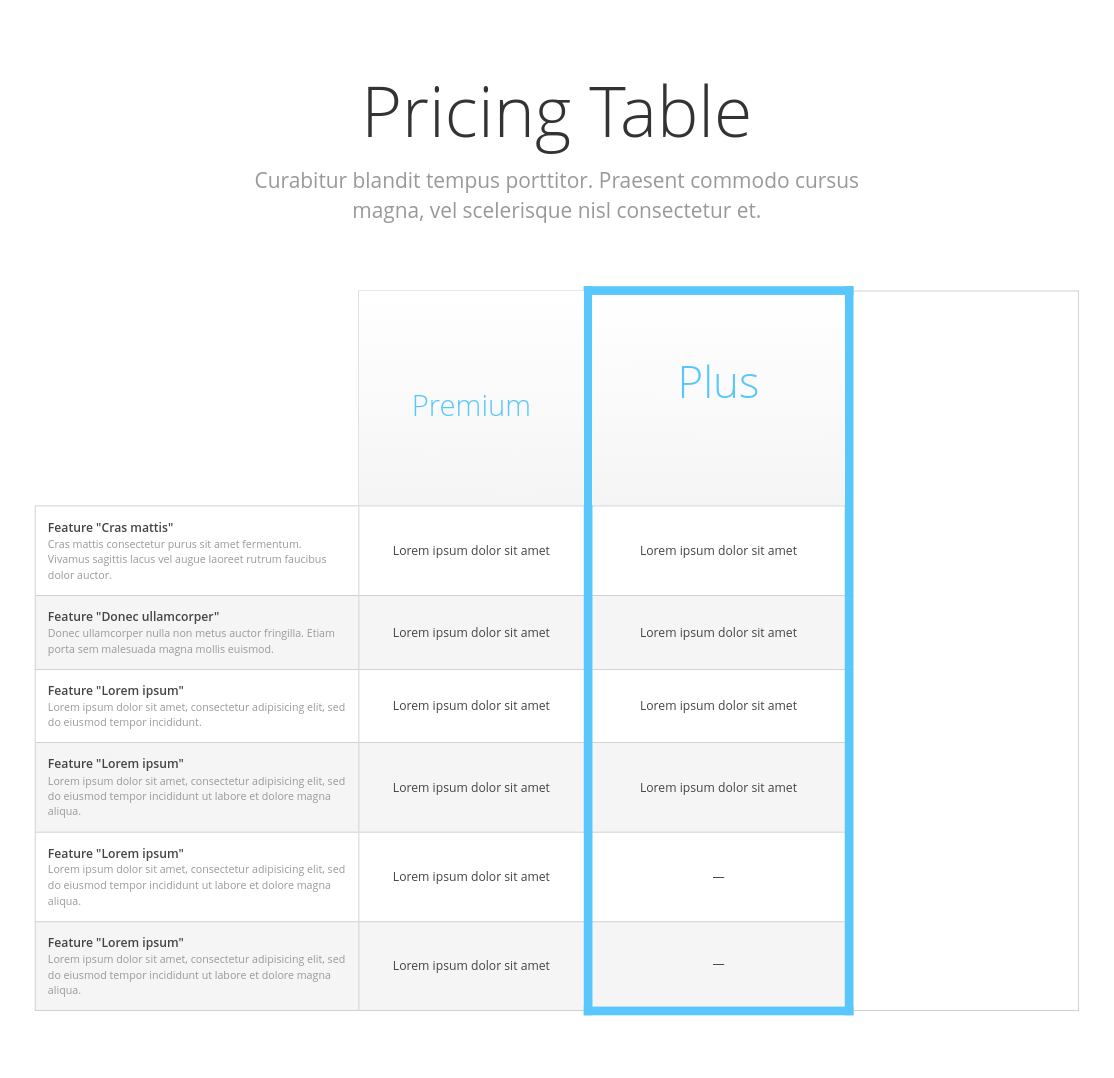
Repository: darlino/gotyu_shopify_section
Page: gotyu_table210223/index.html
These files come from the project's save history. The page is drawn as it stood at one moment and after the next save; the edit follows.
The browser window is 1280 px wide. The pictures show the whole page, at 87% of full size.

Above is the page before, as saved 2023-02-21 12:37:24.

### gotyu_table210223/index.html
<!DOCTYPE html>
<html lang="en">
  <head>
    <meta charset="UTF-8" />
    <meta http-equiv="X-UA-Compatible" content="IE=edge" />
    <meta name="viewport" content="width=device-width, initial-scale=1.0" />
    <title>Document</title>
    <link rel="stylesheet" href="style.css" />
    <link rel="preconnect" href="https://fonts.googleapis.com" />
    <link rel="preconnect" href="https://fonts.gstatic.com" crossorigin />
    <link
      href="https://fonts.googleapis.com/css2?family=Montserrat&display=swap"
      rel="stylesheet"
    />
  </head>
  <body>
    <h1>Pricing Table</h1>
    <p>
      Curabitur blandit tempus porttitor. Praesent commodo cursus magna, vel
      scelerisque nisl consectetur et.
    </p>
    <table>
      <colgroup></colgroup>
      <colgroup></colgroup>
      <colgroup></colgroup>
      <colgroup></colgroup>

      <thead>
        <tr>
          <th>&nbsp;</th>
          <th>
            <h2>Premium</h2>
          </th>
          <th>
            <h2>Plus</h2>
          </th>
        </tr>
      </thead>

      <tbody>
        <tr>
          <th>
            Feature "Cras mattis"
            <span
              >Cras mattis consectetur purus sit amet fermentum. Vivamus
              sagittis lacus vel augue laoreet rutrum faucibus dolor
              auctor.</span
            >
          </th>
          <td>Lorem ipsum dolor sit amet</td>
          <td>Lorem ipsum dolor sit amet</td>
        </tr>
        <tr>
          <th>
            Feature "Donec ullamcorper"
            <span
              >Donec ullamcorper nulla non metus auctor fringilla. Etiam porta
              sem malesuada magna mollis euismod.</span
            >
          </th>
          <td>Lorem ipsum dolor sit amet</td>
          <td>Lorem ipsum dolor sit amet</td>
        </tr>
        <tr>
          <th>
            Feature "Lorem ipsum"
            <span
              >Lorem ipsum dolor sit amet, consectetur adipisicing elit, sed do
              eiusmod tempor incididunt.</span
            >
          </th>
          <td>Lorem ipsum dolor sit amet</td>
          <td>Lorem ipsum dolor sit amet</td>
        </tr>
        <tr>
          <th>
            Feature "Lorem ipsum"
            <span
              >Lorem ipsum dolor sit amet, consectetur adipisicing elit, sed do
              eiusmod tempor incididunt ut labore et dolore magna aliqua.</span
            >
          </th>
          <td>Lorem ipsum dolor sit amet</td>
          <td>Lorem ipsum dolor sit amet</td>
        </tr>
        <tr>
          <th>
            Feature "Lorem ipsum"
            <span
              >Lorem ipsum dolor sit amet, consectetur adipisicing elit, sed do
              eiusmod tempor incididunt ut labore et dolore magna aliqua.</span
            >
          </th>
          <td>Lorem ipsum dolor sit amet</td>
          <td>&mdash;</td>
        </tr>
        <tr>
          <th>
            Feature "Lorem ipsum"
            <span
              >Lorem ipsum dolor sit amet, consectetur adipisicing elit, sed do
              eiusmod tempor incididunt ut labore et dolore magna aliqua.</span
            >
          </th>
          <td>Lorem ipsum dolor sit amet</td>
          <td>&mdash;</td>
        </tr>
      </tbody>
    </table>
  </body>
</html>

### gotyu_table210223/style.css
body {
  background: #fff;
  font: 400 1em/1.4 "Open Sans", "Helvetica Neue", sans-serif;
  color: #333;
  text-align: center;
  padding: 4em 2em;
}

h1 {
  font-weight: 300;
  font-size: 5em;
  line-height: 1.35;
  margin: 0 0 0.125em;
}
h1 + p {
  font-size: 1.5em;
  color: #999;
  max-width: 30em;
  margin: 0 auto 3em;
}

table {
  width: 100%;
  text-align: left;
  border-spacing: 0;
  border-collapse: collapse;
  -webkit-box-sizing: border-box;
  -moz-box-sizing: border-box;
  box-sizing: border-box;
}

th,
td {
  font-family: inherit;
  font-size: 0.875em;
  line-height: 1.45;
  color: #444;
  vertical-align: middle;
  padding: 1em;
}
th {
  font-weight: 600;
}

colgroup:nth-child(1) {
  width: 31%;
  border: 0 none;
}
colgroup:nth-child(2) {
  width: 22%;
  border: 1px solid #ccc;
}
colgroup:nth-child(3) {
  width: 25%;
  border: 10px solid #59c7fb;
}
colgroup:nth-child(4) {
  width: 22%;
  border: 1px solid #ccc;
}

/* Tablehead */

thead th {
  background: #def4fe;
  background: -moz-linear-gradient(top, #ffffff 0%, #f5f5f5 100%);
  background: -webkit-linear-gradient(top, #ffffff 0%, #f5f5f5 100%);
  background: -o-linear-gradient(top, #ffffff 0%, #f5f5f5 100%);
  background: -ms-linear-gradient(top, #ffffff 0%, #f5f5f5 100%);
  background: linear-gradient(to bottom, #ffffff 0%, #f5f5f5 100%);
  text-align: center;
  position: relative;
  border-bottom: 1px solid #ccc;
  padding: 3em 0 2em;
  font-weight: 400;
  color: #999;
}
thead th:nth-child(1) {
  background: transparent;
}
thead th:nth-child(3) {
  padding: 2em 0 5em;
}
thead th h2 {
  font-weight: 300;
  font-size: 2.4em;
  line-height: 1.2;
  color: #59c7fb;
}
thead th h2 + p {
  font-size: 1.25em;
  line-height: 1.4;
}
thead th:nth-child(3) h2 {
  font-size: 3.6em;
}
thead th:nth-child(3) h2 + p {
  font-size: 1.5em;
}

thead th p.promo {
  font-size: 1em;
  color: #fff;
  position: absolute;
  top: 9em;
  left: -17px;
  z-index: 1000;
  width: 100%;
  margin: 0;
  padding: 0.625em 17px 0.75em;
  background: #c00;
  box-shadow: 0 2px 4px rgba(0, 0, 0, 0.25);
  border-bottom: 1px solid #900;
}

thead th p.promo:before {
  content: "";
  position: absolute;
  display: block;
  width: 0px;
  height: 0px;
  border-style: solid;
  border-width: 0 7px 7px 0;
  border-color: transparent #900 transparent transparent;
  bottom: -7px;
  left: 0;
}
thead th p.promo:after {
  content: "";
  position: absolute;
  display: block;
  width: 0px;
  height: 0px;
  border-style: solid;
  border-width: 7px 7px 0 0;
  border-color: #900 transparent transparent transparent;
  bottom: -7px;
  right: 0;
}

/* Tablebody */

tbody th {
  background: #fff;
  border-left: 1px solid #ccc;
}
tbody th span {
  font-weight: normal;
  font-size: 87.5%;
  color: #999;
  display: block;
}

tbody td {
  background: #fff;
  text-align: center;
}

tbody tr:nth-child(even) th,
tbody tr:nth-child(even) td {
  background: #f5f5f5;
  border: 1px solid #ccc;
  border-width: 1px 0 1px 1px;
}
tbody tr:last-child td {
  border-bottom: 0 none;
}

/* Tablefooter */

tfoot th {
  padding: 2em 1em;
  border-top: 1px solid #ccc;
}
tfoot td {
  text-align: center;
  padding: 2em 1em;
  border-top: 1px solid #ccc;
}

tfoot a {
  font-weight: bold;
  color: #fff;
  text-decoration: none;
  text-transform: uppercase;
  display: block;
  padding: 1.125em 2em;
  background: #59c7fb;
  border-radius: 0.5em;
}

After the next save:
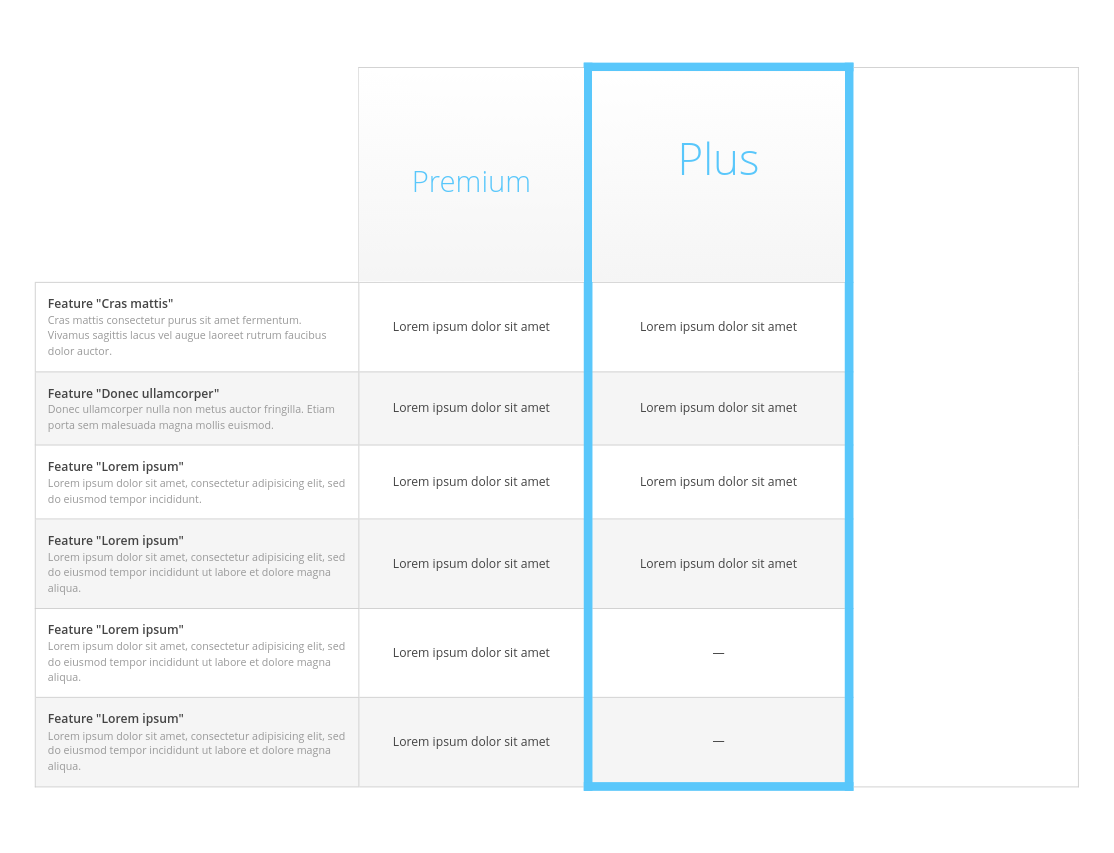
Saved 15 s later.
--- a/gotyu_table210223/index.html
+++ b/gotyu_table210223/index.html
@@ -14,11 +14,6 @@
     />
   </head>
   <body>
-    <h1>Pricing Table</h1>
-    <p>
-      Curabitur blandit tempus porttitor. Praesent commodo cursus magna, vel
-      scelerisque nisl consectetur et.
-    </p>
     <table>
       <colgroup></colgroup>
       <colgroup></colgroup>
